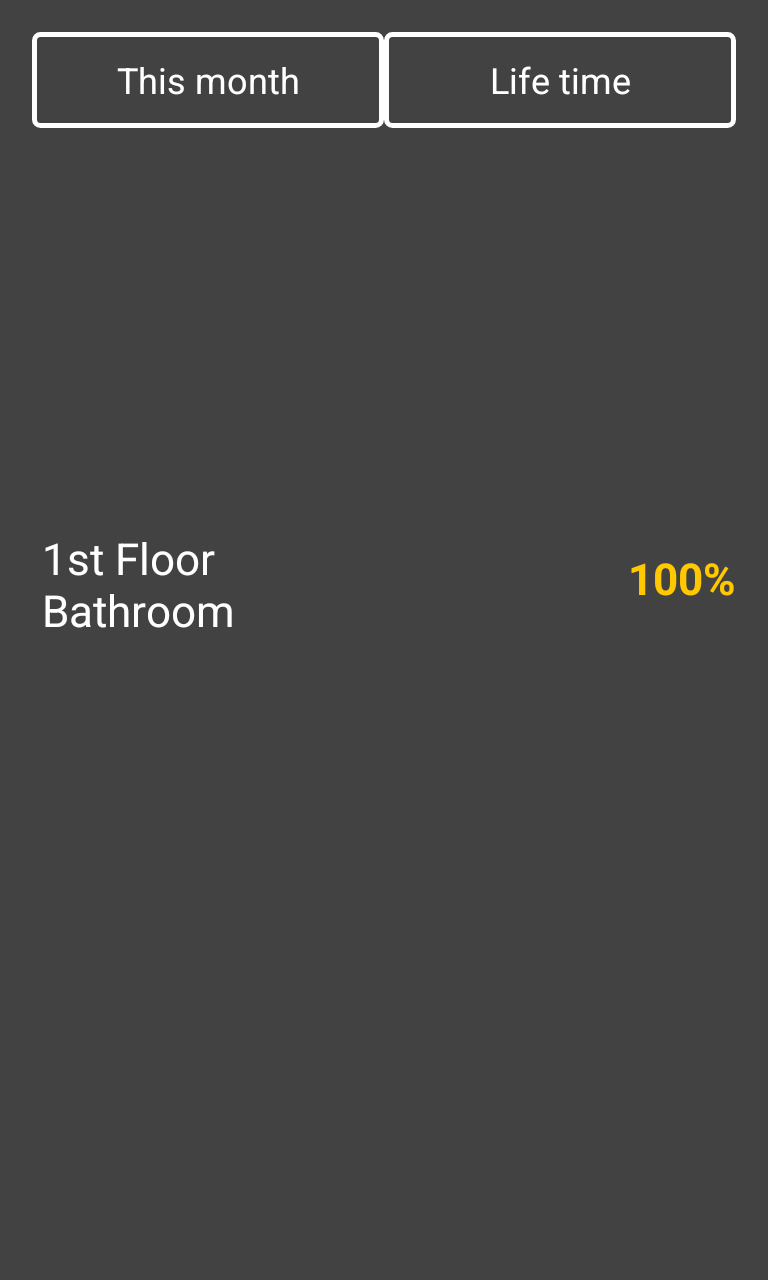
Repository: prabushitha/hydrosaver
Layout: hydrosaver/res/layout/activity_sections.xml
An editor plug-in stored every save of this project. The layout is shown before and after the next save, followed by the edit.
It is drawn on a 768 x 1280 px phone screen (xhdpi) without system bars, with theme AppTheme; the app's code is not run.

Above is the layout before, as saved 2016-10-08 16:46:32.

### hydrosaver/res/layout/activity_sections.xml
<RelativeLayout xmlns:android="http://schemas.android.com/apk/res/android"
    xmlns:tools="http://schemas.android.com/tools"
    android:layout_width="match_parent"
    android:layout_height="match_parent"
    android:paddingBottom="@dimen/activity_vertical_margin"
    android:paddingLeft="@dimen/activity_horizontal_margin"
    android:paddingRight="@dimen/activity_horizontal_margin"
    android:paddingTop="@dimen/activity_vertical_margin"
    tools:context="com.whileloop.hydrosaver.SectionsActivity"
    android:background="#424242"
    >

    <TableLayout
    android:layout_width="fill_parent"
    android:layout_height="fill_parent"
    android:stretchColumns="*">
	    <TableRow>
	       <Button android:id="@+id/thismonth"
	                android:layout_width="0dp"
	                android:layout_weight="1"
	                android:layout_height="wrap_content"
	                android:background="@drawable/section_button"
	                android:textColor="#FFFFFF"
	                android:text="This month"/>
	        <Button android:id="@+id/lifetime"
	                 android:layout_width="0dp"
	                 android:layout_weight="1"
	                android:layout_height="wrap_content"
	              	android:textColor="#FFFFFF"
	                android:background="@drawable/section_button"
	                android:text="Life time"/>



	    </TableRow>
	    <TableRow
	        >
	        <TextView android:layout_width="fill_parent"
	                 android:layout_height="wrap_content"
	                android:textColor="#372c24"
	                android:minHeight="200dp"
	          		android:textSize="18sp"

	               />
	    </TableRow>
	    <TableRow>

	        <TextView
		        android:layout_width="0dp"
		        android:layout_height="wrap_content"
		        android:textAppearance="?android:attr/textAppearanceLarge"
		        android:text="1st Floor Bathroom"
		        android:textColor="#ffffff"
		        android:id="@+id/txtName"
		        android:minHeight="100px"
		        android:singleLine="false"
		        android:layout_weight="0.77"
		        android:gravity="left|center_vertical"
		        android:paddingLeft="10px"
		        android:ellipsize="end" />

		    <TextView
		        android:layout_width="wrap_content"
		        android:layout_height="wrap_content"
		        android:textAppearance="?android:attr/textAppearanceLarge"
		        android:text="100%"
		        android:textColor="#ffc800"
		        android:layout_gravity="right"
		        android:id="@+id/txtPrecentage"
		        android:minHeight="100px"
		        android:singleLine="false"
		        android:layout_weight="0.12"
		        android:textStyle="bold"
		        android:gravity="center_vertical|right" />

	    </TableRow>



	</TableLayout>

</RelativeLayout>

### hydrosaver/res/drawable-mdpi/section_button.xml
<?xml version="1.0" encoding="utf-8"?>
<shape xmlns:android="http://schemas.android.com/apk/res/android"
  android:shape="rectangle">

  <corners android:radius="3dp" />
  <stroke android:width="5px" android:color="#FFFFFF" />
</shape>

Loaded but not shown: hydrosaver/res/values/styles.xml (common file); hydrosaver/res/values-v11/styles.xml (common file); hydrosaver/res/values-v14/styles.xml (common file); hydrosaver/res/values/dimens.xml (common file); hydrosaver/res/values-w820dp/dimens.xml (common file)

After the next save:
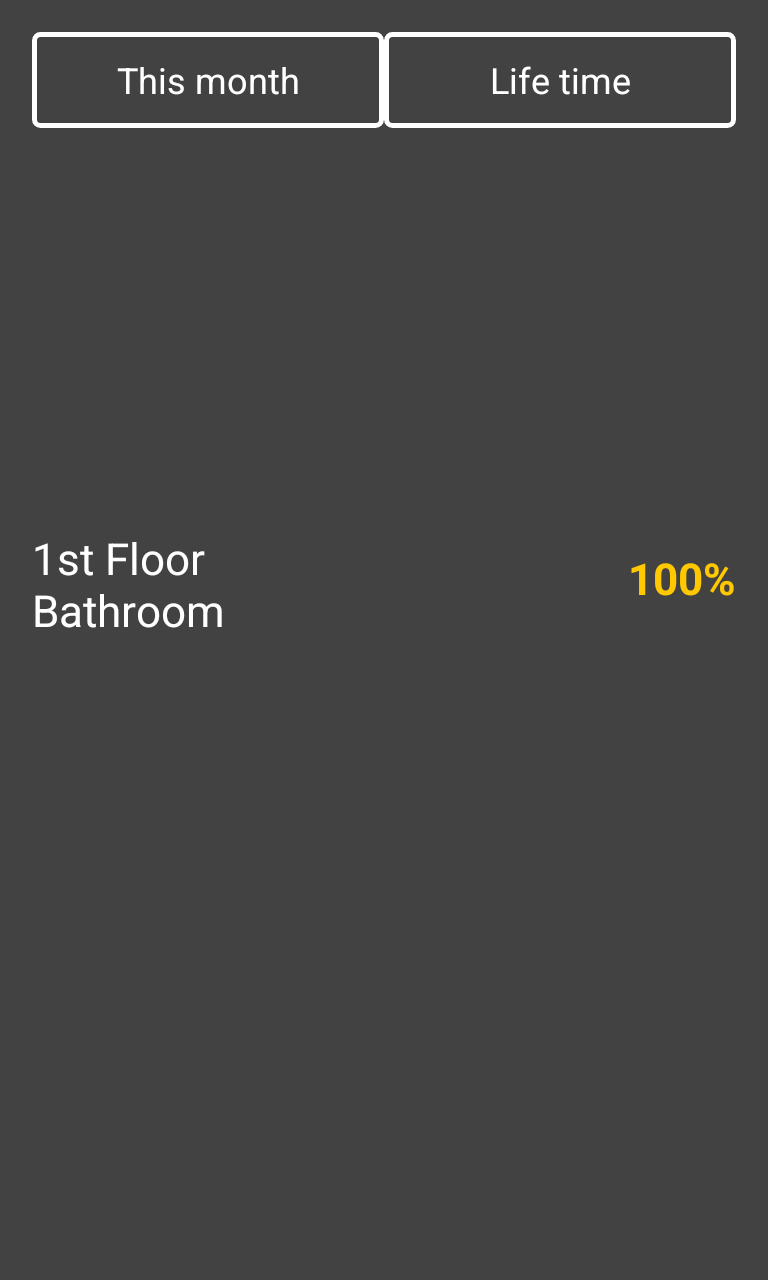
Saved 38 s later.
--- a/hydrosaver/res/layout/activity_sections.xml
+++ b/hydrosaver/res/layout/activity_sections.xml
@@ -54,9 +54,8 @@
 		        android:id="@+id/txtName"
 		        android:minHeight="100px"
 		        android:singleLine="false"
-		        android:layout_weight="0.77"
+		        android:layout_weight="8"
 		        android:gravity="left|center_vertical"
-		        android:paddingLeft="10px"
 		        android:ellipsize="end" />
 
 		    <TextView
@@ -69,7 +68,7 @@
 		        android:id="@+id/txtPrecentage"
 		        android:minHeight="100px"
 		        android:singleLine="false"
-		        android:layout_weight="0.12"
+		        android:layout_weight="2"
 		        android:textStyle="bold"
 		        android:gravity="center_vertical|right" />
 
